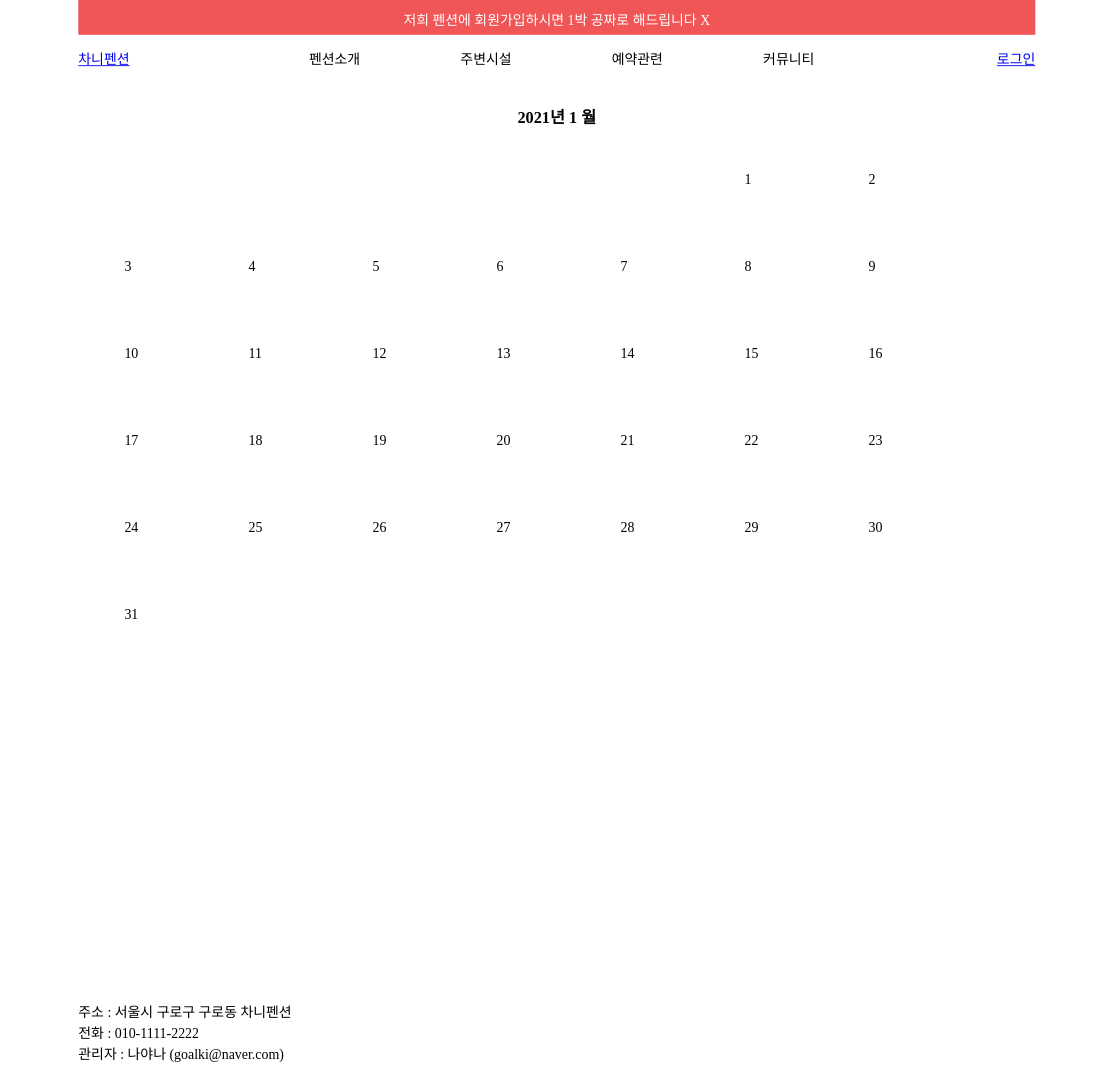
Repository: goalki/pension
Page: http://localhost/pension/reserve/reserve.jsp
The author's editor kept a copy of each file at every save. The page is drawn from the files as they stood at one save, then again after the next save.
The browser window is 1280 px wide. The pictures show the whole page, at 87% of full size.
The page is served by Tomcat 9. Other server files are loaded and not shown. Queries for data that is not in the repository find no rows.

Above is the page before, as saved 2021-01-20 06:10:05.

### pension/WebContent/reserve/reserve.jsp
<%@ page language="java" contentType="text/html; charset=UTF-8"
    pageEncoding="UTF-8"%>
<%@page import="java.time.LocalDate" %>
<%@ taglib prefix="c" uri="http://java.sun.com/jsp/jstl/core" %>
<%@ taglib prefix="fmt" uri="http://java.sun.com/jsp/jstl/fmt"%>

<%
   // 달력을 만들기 위해 필요한 값  => 해당월의  총일수, 해당월의 1일의 요일 , 해당월의 주 수
   // 이번달 달력
   LocalDate today=LocalDate.now(); // 현재시간
   double chong=today.lengthOfMonth(); // 총일수를 구하는 메소드

   int y=today.getYear();
   int m=today.getMonthValue();
   // 1일의 요일을 구하기전에   ?년 ?월 1일에 대한 날짜 객체를 생성
   LocalDate dday=LocalDate.of(y,m,1);  // of(y,m,d) => 해당 년,월,일의 객체가 생성
   int yoil=dday.getDayOfWeek().getValue(); // 요일의 값을 숫자로 => 1~7(월~일)까지의 값
   if(yoil==7)
	   yoil=0; // 일 => 0

   int ju=(int)Math.ceil((chong+yoil)/7);   // (31+2)/7 =>  33/7 => 4.xx
%>
<%@page import="pension.dao.Dao" %>
<%@page import="java.util.ArrayList" %>
<%@page import="pension.dto.RoomDto" %>
 <% // room테이블에서 우리 펜션의 방의 이름을 가져오기
     Dao dao=new Dao();
     ArrayList<RoomDto> list=dao.get_room();
     pageContext.setAttribute("list", list);

     // el표현식으로 접근하기 위해 pageContext영역에 변수를 setter해야된다..
     // ju(주), chong(총일수), yoil(요일), y , m
     pageContext.setAttribute("ju",ju);
     pageContext.setAttribute("chong",chong);
     pageContext.setAttribute("yoil",yoil);
     pageContext.setAttribute("y",y);
     pageContext.setAttribute("m",m);

 %>


<%@ include file="../top.jsp" %>
<style>
  #section {
    width:1100px;
    height:1050px;
    margin:auto;

  }
 </style>
 <div id="section">
   <table width="1000" height="600"   align="center" border="0">
    <caption> <h3> ${y}년 ${m} 월</h3> </caption>
   <c:set var="day" value="1"/> <!-- pageContext 영역에 만들어진다. -->
   <fmt:formatDate var="today" value="<%=new java.util.Date()%>" pattern="yyyy-MM-dd"/>
   <c:forEach var="i" begin="1" end="${ju}"> <!-- 1주씩 출력 -->
     <tr>
     <c:forEach var="j" begin="0" end="6">   <!-- 각 주에 들어가는 일 -->
       <c:if test="${(j<yoil && i==1) || chong < day }"> <!-- 빈칸출력 -->
         <td> &nbsp; </td>  <!-- 값이 출력되지않는 td  j의 값이 yoil보다 작을때 -->
       </c:if>
       <c:if test="${((j>=yoil && i==1) || i>1) && chong >= day}">  <!-- 날짜 출력 -->
        <td> ${day} <p> <!-- y,m,day => 년,월,일 -->
        <!-- 추가된 내용 -->
         <% // pageContext => 스크립트릿
            int day=Integer.parseInt(pageContext.getAttribute("day").toString());
         %>
          <c:set var="dday" value="<%=new java.util.Date(y-1900,m-1,day)%>"/>
          <fmt:formatDate var="dday" value="${dday}" pattern="yyyy-MM-dd"/>

         <c:if test="${dday  >= today}"> <!-- 달력에 출력되는 날짜가 오늘 이후인 경우는 true -->
          <c:forEach var="rdto" items="${list}">  <!-- reserve_next.jsp : 날짜, 방이름 -->
           <!-- room_state메소드에 필요한 rid값을 읽어오기 -->
           <c:set var="rid" value="${rdto.id}"/>
           <%
              String rid=pageContext.getAttribute("rid").toString();
              String xday=pageContext.getAttribute("dday").toString();
              // Dao에 있는 room_state메소드를 호출
              int chk=dao.room_state(rid, xday);
              pageContext.setAttribute("chk", chk);
              //out.print(chk);
           %>
           <c:if test="${chk == 0}">
            <a  style="color:blue;text-decoration:none" href="reserve_next.jsp?y=${y}&m=${m}&day=${day}&id=${rdto.id}"> ${rdto.name} </a> <br>
           </c:if>
           <c:if test="${chk != 0}">
            <span style="color:red"> ${rdto.name} </span><br>
           </c:if>

          </c:forEach>  <!-- 달력의 날짜마다 방이름을 출력하는 문장 -->
         </c:if>
        </td>
        <c:set var="day" value="${day+1}"/>
       </c:if>

      </c:forEach>  <!-- 각주의 일이 출력되는 루프 끝 -->
     </tr>
    </c:forEach> <!-- 주가 출력되는 루프 끝-->
   </table>
 </div>

<%@ include file="../bottom.jsp" %>

### pension/WebContent/top.jsp
<%@ page language="java" contentType="text/html; charset=UTF-8"
    pageEncoding="UTF-8"%>
<%@ taglib prefix="c" uri="http://java.sun.com/jsp/jstl/core" %>

<!DOCTYPE html>
<html>       <!-- index.jsp -->
<head>
<meta charset="UTF-8">
<title>Insert title here</title>
  <style>
    body {
      margin:0px;
    }
    #first {  /* 광고관련 1층 */
      width:1100px;
      height:30px;
      margin:auto;
      background:#f15657;
      text-align:center;
      padding-top:10px;
      color:white;
    }
    #second {  /* 로고, 메뉴 2층 */
      width:1100px;
      height:60px;
      margin:auto;
    }
    #second #left {
      padding-top:15px;
      width:100px;
      float:left;
    }
    #second #right {
      padding-top:15px;
      width:1000px;
      float:right;
      text-align:right;
    }
    #second #right #menu {
      display:inline-block;
      width:170px;
      height:30px; /* 주메뉴의 높이를 줘야 됩니다 */
      position:relative;
    }
    #second #right #menu:last-child {
      width:250px;
    }
    #second #right #menu .sub {
      position:absolute;
      width:120px;
      left:88px;
      top:10px;
      background:white;
      padding-left:0px;
      visibility:hidden;
      padding-top:10px;

    }
    #second #right #menu .sub li {
      list-style-type:none;
      text-align:center; /* 서브메뉴의 글자 중앙 */
    }


  </style>
    <script src="http://code.jquery.com/jquery-latest.js"></script>
  <script>
    function view_sub(n)
    {
    	document.getElementsByClassName("sub")[n].style.visibility="visible";
    }
    function hide_sub(n)
    {
    	document.getElementsByClassName("sub")[n].style.visibility="hidden";
    }

    $(function()
    {
    	$("#ff").click(function()
    	{
    		$("#first").slideUp();

    	});
    });
  </script>
</head>
<body>
  <div id="first">
     저희 펜션에 회원가입하시면  1박 공짜로 해드립니다
   <span id="ff"  style="cursor:pointer"> X </span>
  </div>
  <div id="second">
     <div id="left"> <a href="../main/index.jsp"> 차니펜션 </a></div>
     <div id="right">
        <span id="menu" onmouseenter="view_sub(0)" onmouseleave="hide_sub(0)"> 펜션소개
        <!-- 부메뉴 -->
           <ul class="sub">
            <li> <a href="../sogae/sogae.jsp"> 우리펜션 </a> </li>
            <li> 오시는길 </li>
           </ul>
        </span>
        <span id="menu" onmouseenter="view_sub(1)" onmouseleave="hide_sub(1)"> 주변시설
        <!-- 부메뉴 -->
           <ul class="sub">
            <li> 만리포 </li>
            <li> 연포</li>
            <li> 채석정 </li>
           </ul>
        </span>
        <span id="menu" onmouseenter="view_sub(2)" onmouseleave="hide_sub(2)"> 예약관련
         <!-- 부메뉴 -->
           <ul class="sub">
            <li>  예약 규정 </a> </li>
            <li> <a href="../reserve/reserve.jsp"> 실시간 예약 </a> </li>
           </ul>
        </span>
        <span id="menu" onmouseenter="view_sub(3)" onmouseleave="hide_sub(3)"> 커뮤니티
        <!-- 부메뉴 -->
           <ul class="sub">
            <li> <a href="../tour/list.jsp"> 여행 후기  </a></li>
            <li> 자유게시판 </li>
           </ul>
        </span>
        <span id="menu">
          <!-- 로그인 전 -->
          <c:if test="${userid == null}">
           <a href="../login/login.jsp"> 로그인 </a>
          </c:if>
          <!-- 관리자 로그인 한 경우 -->
          <c:if test="${userid == 'admin'}">
           <a href="../admin/reserve_view.jsp"> 예약관리  </a> /
           <a href="../admin/member_view.jsp"> 회원관리 </a> /
           <a href="../login/logout.jsp"> 로그아웃 </a>
          </c:if>
          <!--  로그인 한 후 -->
          <c:if test="${userid != null and userid != 'admin'}">
            ${name}님!! <a href="../mypage/mypage.jsp"> 내정보 </a>  <a href="../login/logout.jsp"> 로그아웃 </a>
          </c:if>

        </span>
    </div>
  </div>
  <!-- 여기까지 1층과 2층  top.jsp -->

### pension/WebContent/bottom.jsp
<%@ page language="java" contentType="text/html; charset=UTF-8"
    pageEncoding="UTF-8"%>
 <style>
 #fifth {     /* 펜션소개 5층 */
      width:1100px;
      height:100px;
      margin:auto;
    }
 </style>
<!-- 여기부터 5층 => bottom.jsp -->
  <div id="fifth">
    주소 : 서울시 구로구 구로동 차니펜션 <br>
    전화 : 010-1111-2222 <br>
    관리자 : 나야나  (goalki@naver.com) <br>
  </div>

</body>
</html>

### pension/src/pension/dao/Dao.java
package pension.dao;

import java.sql.*;
import java.time.LocalDate;
import java.util.ArrayList;

import com.oreilly.servlet.MultipartRequest;

import pension.dto.MemberDto;
import pension.dto.ReserveDto;
import pension.dto.RoomDto;
import pension.dto.TourDto;

public class Dao {

	String db="jdbc:mysql://localhost:3306/pension";
	String userid="root";
    String pw="1234";
    Connection conn;
	public Dao() throws ClassNotFoundException, SQLException
	{
		Class.forName("com.mysql.jdbc.Driver"); // 기능은 무조건 메소드내에서 실행
		conn=DriverManager.getConnection(db,userid,pw);
	}
	// room 테이블의 전체내용을 가져오기
    public ArrayList<RoomDto> get_room() throws SQLException
    {
    	String sql="select name,id from room order by price asc";
    	Statement stmt=conn.createStatement();
    	ResultSet rs=stmt.executeQuery(sql);
    	ArrayList<RoomDto> list=new ArrayList<RoomDto>();
    	while(rs.next())
    	{
    		RoomDto rdto=new RoomDto();
    		rdto.setId(rs.getInt("id"));
    		rdto.setName(rs.getString("name"));
    		list.add(rdto);
    	}
    	/*
    	String sql="select name from room order by price asc";
    	Statement stmt=conn.createStatement();
    	ResultSet rs=stmt.executeQuery(sql);
    	ArrayList<String> list=new ArrayList<String>();
    	while(rs.next())
    	{
    		list.add(rs.getString("name"));
    	}
    	*/
    	return list;
    }

    // 사용자가 선택한 방의 정보를 가져오기
    public RoomDto select_room(String id) throws SQLException
    {
    	String sql="select * from room where id="+id;
    	Statement stmt=conn.createStatement();
    	ResultSet rs=stmt.executeQuery(sql);
    	rs.next();
    	RoomDto rdto=new RoomDto();
    	rdto.setId(rs.getInt("id"));
    	rdto.setName(rs.getString("name"));
    	rdto.setMax(rs.getInt("max"));
    	rdto.setMin(rs.getInt("min"));
    	rdto.setPrice(rs.getInt("price"));

    	return rdto;
    }

    public void insert(ReserveDto rdto,String userid) throws SQLException // reserve테이블에 입력값을 넣기
    {
    	// 쿼리 생성
    	String outday="date_add('"+rdto.getInday()+"', interval "+rdto.getSuk()+" day)";
    	String sql="insert into reserve(rid,name,phone,inday,outday";
    	sql=sql+",inwon1,inwon2,inwon3,bbq,pork,suk_price,etc_price,tot_price,writeday,userid) ";
    	sql=sql+" values(?,?,?,?,"+outday+",?,?,?,?,?,?,?,?,now(),?)";

    	// date_add('2021-01-05',interval 숙박일 day);
    	PreparedStatement pstmt=conn.prepareStatement(sql);
    	pstmt.setInt(1, rdto.getRid());
    	pstmt.setString(2, rdto.getName());
    	pstmt.setString(3, rdto.getPhone());
    	pstmt.setString(4, rdto.getInday());
    	//pstmt.setString(5, outday);
    	pstmt.setInt(5, rdto.getInwon1());
    	pstmt.setInt(6, rdto.getInwon2());
    	pstmt.setInt(7, rdto.getInwon3());
    	pstmt.setInt(8, rdto.getBbq());
    	pstmt.setInt(9, rdto.getPork());
    	pstmt.setInt(10, rdto.getSuk_price());
    	pstmt.setInt(11, rdto.getEtc_price());
    	pstmt.setInt(12, rdto.getTot_price());
    	pstmt.setString(13, userid);
    	pstmt.executeUpdate();
    	//System.out.println(pstmt.toString());
    	conn.close();
    }

    public ReserveDto get_reserve(String userid) throws SQLException // 방금 예약한 정보를 가져오는 메소드(1개의 레코드)
    {
    	String sql="select * from reserve where userid='"+userid+"' order by id desc limit 1";
    	Statement stmt=conn.createStatement();
    	ResultSet rs=stmt.executeQuery(sql);
    	rs.next();
    	ReserveDto rdto=new ReserveDto();
    	rdto.setId(rs.getInt("id"));
    	rdto.setRid(rs.getInt("rid"));
    	rdto.setName(rs.getString("name"));
    	rdto.setPhone(rs.getString("phone"));
    	rdto.setInday(rs.getString("inday"));
    	rdto.setOutday(rs.getString("outday"));
    	rdto.setInwon1(rs.getInt("inwon1"));
    	rdto.setInwon2(rs.getInt("inwon2"));
    	rdto.setInwon3(rs.getInt("inwon3"));
    	rdto.setBbq(rs.getInt("bbq"));
    	rdto.setPork(rs.getInt("pork"));
    	rdto.setSuk_price(rs.getInt("suk_price"));
    	rdto.setEtc_price(rs.getInt("etc_price"));
    	rdto.setTot_price(rs.getInt("tot_price"));
    	rdto.setWriteday(rs.getString("writeday"));

    	// 방이름 가져오기
    	sql="select name from room where id="+rdto.getRid();
    	rs=stmt.executeQuery(sql);
    	rs.next();
    	rdto.setRoomname(rs.getString("name"));
    	return rdto;

    }

    public int room_state(String rid, String xday) throws SQLException// y-m-d형태의 값과 room의 id(rid)값을 받아서 예약이 되었는지를 int값으로 가져온다..
    {
    	String sql="select count(*) as cnt from reserve where inday <= ?  and outday > ? and rid=? ";
    	PreparedStatement pstmt=conn.prepareStatement(sql);
    	pstmt.setString(1, xday);
    	pstmt.setString(2, xday);
    	pstmt.setString(3, rid);
    	ResultSet rs=pstmt.executeQuery();
    	rs.next();

    	return rs.getInt("cnt");
    }

    public int suk_check(String y,String m, String d, String rid) throws SQLException
    {
        int yy=Integer.parseInt(y);
        int mm=Integer.parseInt(m);
        int dd=Integer.parseInt(d);
    	LocalDate inday=LocalDate.of(yy, mm, dd);
    	int chk=0;

    	for(int i=1;i<=8;i++)
    	{
    	  LocalDate xday=inday.plusDays(i);
    	  chk=i;
    	  String sql="select * from reserve where inday <= ? and outday > ? and rid=?";
    	  PreparedStatement pstmt=conn.prepareStatement(sql);
          pstmt.setString(1, xday.toString());
          pstmt.setString(2, xday.toString());
          pstmt.setString(3, rid);

    	  ResultSet rs=pstmt.executeQuery();
          if(rs.next())  // 레코드 있으면 true, 없으면 false
          {
        	break;// 멈춘다!!
          }

    	} // for문의 끝

    	return chk; // 몇박을 나타낼지!!
    }

    public void member_ok(MemberDto mdto) throws SQLException
    {
    	String sql="insert into member(name,userid,pwd,phone,writeday) ";
    	sql=sql+" values(?,?,?,?,now())";
    	PreparedStatement pstmt=conn.prepareStatement(sql);
        pstmt.setString(1, mdto.getName());
        pstmt.setString(2, mdto.getUserid());
        pstmt.setString(3, mdto.getPwd());
        pstmt.setString(4, mdto.getPhone());

        pstmt.executeUpdate();

        conn.close();

    }

    public boolean ismember(String userid, String pwd) throws SQLException // 회원인지 아닌지  true, false
    {
    	String sql="select * from member where userid=? and pwd=?";
    	PreparedStatement pstmt=conn.prepareStatement(sql);
    	pstmt.setString(1, userid);
    	pstmt.setString(2, pwd);

    	ResultSet rs=pstmt.executeQuery(); // 레코드가 있든지, 없든지

		/*
		 * if(rs.next()) return true; else return false;
		 */
    	return rs.next();
    }

    public int isuserid(String userid) throws SQLException
    {
    	String sql="select count(*) as num from member where userid='"+userid+"'";
    	Statement stmt=conn.createStatement();
    	ResultSet rs=stmt.executeQuery(sql);
    	rs.next();
    	// 아이디가 존재하면 1, 아니면 0
    	return rs.getInt("num");
    }

    public MemberDto mypage(String userid) throws SQLException
    {
    	String sql="select * from member where userid='"+userid+"'";
    	Statement stmt=conn.createStatement();
    	ResultSet rs=stmt.executeQuery(sql);
    	rs.next();
    	MemberDto mdto=new MemberDto();
    	mdto.setName(rs.getString("name"));
    	mdto.setPhone(rs.getString("phone"));

    	return mdto;
    }

    public ArrayList<ReserveDto> my_reserve(String userid) throws SQLException
    {
    	String sql="select r2.name,r1.inday,r1.outday,r1.bbq,r1.pork";
    	sql=sql+",r1.writeday from reserve as r1, room as r2 ";
    	sql=sql+" where r1.rid=r2.id and userid='"+userid+"'";
    	System.out.println(sql);
    	Statement stmt=conn.createStatement();
    	ResultSet rs=stmt.executeQuery(sql);
    	ArrayList<ReserveDto> list=new ArrayList<ReserveDto>();
    	while(rs.next())
    	{
    	  ReserveDto rdto=new ReserveDto();
    	  rdto.setRoomname(rs.getString("name"));
    	  rdto.setInday(rs.getString("inday"));
    	  rdto.setOutday(rs.getString("outday"));
       	  rdto.setBbq(rs.getInt("bbq"));
    	  rdto.setPork(rs.getInt("pork"));
    	  rdto.setWriteday(rs.getString("writeday"));

    	  list.add(rdto);
    	}

    	return list;
    }

    public String get_name(String userid) throws SQLException
    {
    	String sql="select name from member where userid='"+userid+"'";
    	Statement stmt=conn.createStatement();
    	ResultSet rs=stmt.executeQuery(sql);
    	rs.next();
    	return rs.getString("name");
    }

    // 아이디찾기
    public String userid_search(String name, String phone) throws SQLException
    {
    	String sql="select userid from member where name=? and phone=?";
    	PreparedStatement pstmt=conn.prepareStatement(sql);
    	pstmt.setString(1, name);
    	pstmt.setString(2, phone);
    	ResultSet rs=pstmt.executeQuery();
    	if(rs.next())
    	{
    		return rs.getString("userid");
    	}
    	else
    	{
    		return "0";
    	}

    }

    // 비밀번호 찾기
    public String pwd_search(String userid, String name, String phone) throws SQLException
    {
    	String sql="select pwd from member where name=? and phone=? and userid=?";
    	PreparedStatement pstmt=conn.prepareStatement(sql);
    	pstmt.setString(1, name);
    	pstmt.setString(2, phone);
    	pstmt.setString(3, userid);
    	ResultSet rs=pstmt.executeQuery();
    	if(rs.next())
    	{
    		return rs.getString("pwd");
    	}
    	else
    	{
    		return "0";
    	}
    }


    // 관리자가 reserve테이블에 읽어오기
    public ArrayList<ReserveDto> admin_reserve() throws SQLException
    {
    	String sql="select r1.name, r1.phone, r2.name as roomname,r1.inday,r1.outday,r1.bbq,r1.pork";
    	sql=sql+",r1.writeday from reserve as r1, room as r2 ";
    	sql=sql+" where r1.rid=r2.id order by r1.id desc";
    	//System.out.println(sql);
    	Statement stmt=conn.createStatement();
    	ResultSet rs=stmt.executeQuery(sql);
    	ArrayList<ReserveDto> list=new ArrayList<ReserveDto>();
    	while(rs.next())
    	{
    	  ReserveDto rdto=new ReserveDto();
    	  rdto.setName(rs.getString("name"));
    	  rdto.setPhone(rs.getString("phone"));
    	  rdto.setRoomname(rs.getString("roomname"));
    	  rdto.setInday(rs.getString("inday"));
    	  rdto.setOutday(rs.getString("outday"));
       	  rdto.setBbq(rs.getInt("bbq"));
    	  rdto.setPork(rs.getInt("pork"));
    	  rdto.setWriteday(rs.getString("writeday"));

    	  list.add(rdto);
    	}

    	return list;
    }

    public ArrayList<MemberDto> admin_member() throws SQLException
    {
    	String sql="select * from member where userid != 'admin' order by name asc";
    	Statement stmt=conn.createStatement();
    	ResultSet rs=stmt.executeQuery(sql);
    	ArrayList<MemberDto> list=new ArrayList<MemberDto>();
    	while(rs.next())
    	{
    	   	MemberDto mdto=new MemberDto();
    	   	mdto.setName(rs.getString("name"));
    	   	mdto.setUserid(rs.getString("userid"));
    	   	mdto.setPhone(rs.getString("phone"));
    	   	mdto.setWriteday(rs.getString("writeday"));
    	   	mdto.setState(rs.getInt("state"));

    	   	list.add(mdto);
    	}

    	return list;
    }

    public String get_name_phone(String userid) throws SQLException
    {
    	String sql="select name,phone from member where userid='"+userid+"'";
    	Statement stmt=conn.createStatement();
    	ResultSet rs=stmt.executeQuery(sql);
    	rs.next();
    	String np=rs.getString("name")+","+rs.getString("phone");
    	return np;
    }

    public void tour_write_ok(TourDto tdto) throws SQLException
    {
    	String sql="insert into tour(title,name,content,fname,writeday)";
        sql=sql+" values(?,?,?,?,now())";

		PreparedStatement pstmt=conn.prepareStatement(sql);
		pstmt.setString(1, tdto.getTitle());
		pstmt.setString(2, tdto.getName());
		pstmt.setString(3, tdto.getContent());
		pstmt.setString(4, tdto.getFname());

		pstmt.executeUpdate();

    }

    public ArrayList<TourDto> tour_list() throws SQLException
    {
        String sql="select * from tour order by id desc";
        Statement stmt=conn.createStatement();
        ResultSet rs=stmt.executeQuery(sql);

        ArrayList<TourDto> list=new ArrayList<TourDto>();
    	while(rs.next())
    	{
    	   	TourDto tdto=new TourDto();
    	   	tdto.setName(rs.getString("name"));
    	   	tdto.setTitle(rs.getString("title"));
    	   	tdto.setFname(rs.getString("fname"));
    	   	tdto.setWriteday(rs.getString("writeday"));
  	   	    tdto.setId(rs.getInt("id"));

    	   	list.add(tdto);
    	}
    	System.out.println(list.size());
    	return list;
    }
}

After the next save:
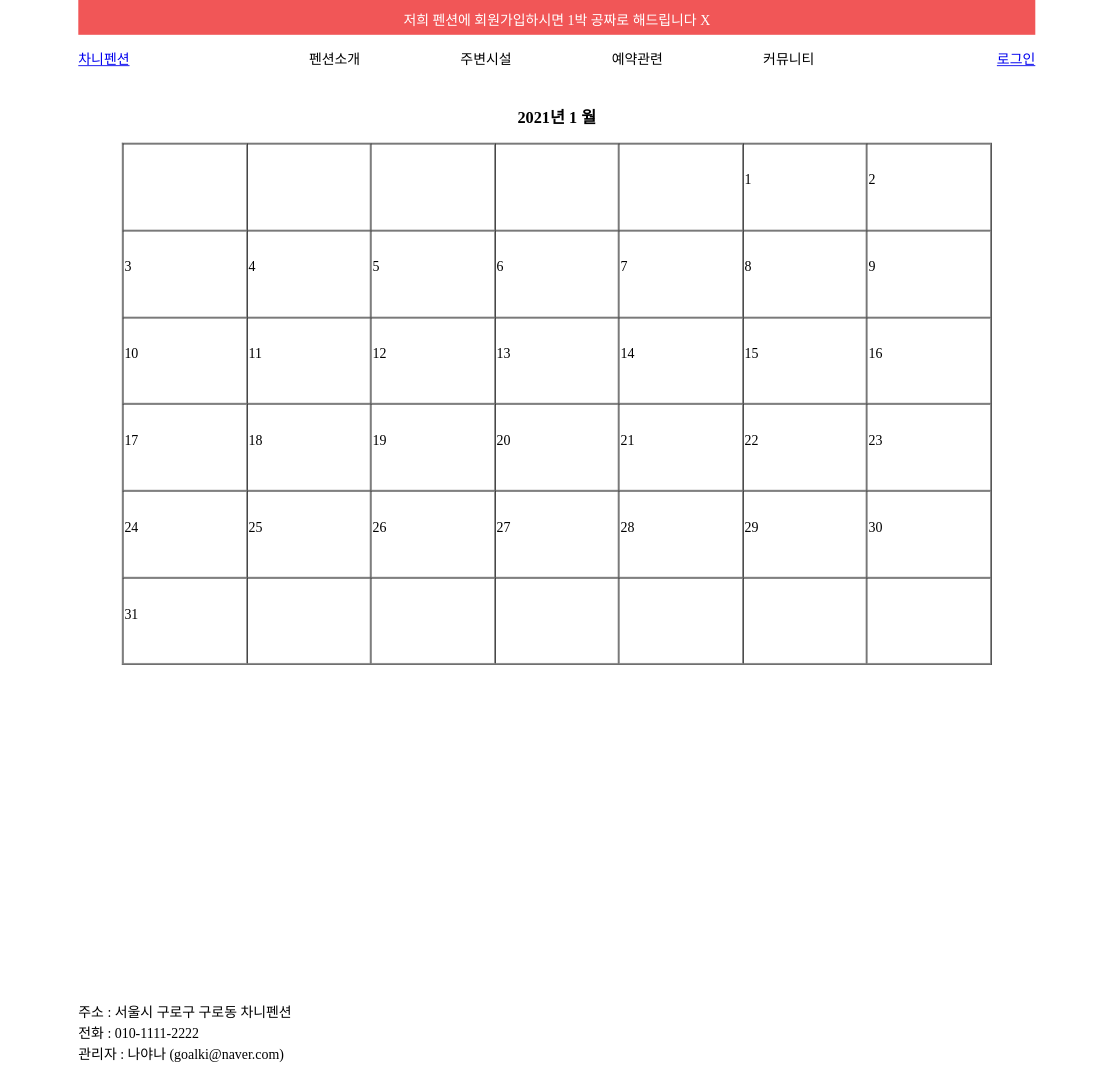
Saved 98 s later.
--- a/pension/WebContent/reserve/reserve.jsp
+++ b/pension/WebContent/reserve/reserve.jsp
@@ -49,7 +49,7 @@
   }
  </style>
  <div id="section">
-   <table width="1000" height="600"   align="center" border="0">
+   <table width="1000" height="600"   align="center" border="1" cellspacing="0">
     <caption> <h3> ${y}년 ${m} 월</h3> </caption>
    <c:set var="day" value="1"/> <!-- pageContext 영역에 만들어진다. -->
    <fmt:formatDate var="today" value="<%=new java.util.Date()%>" pattern="yyyy-MM-dd"/>
